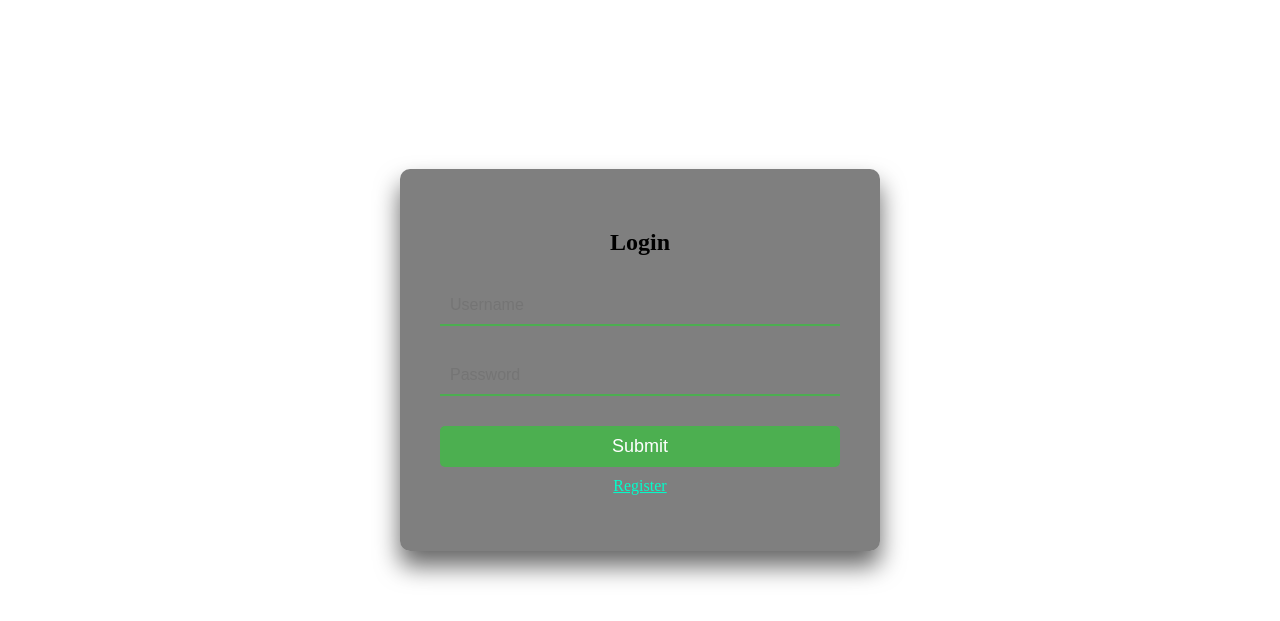
Repository: SRBshakib/Safe-Food---DBMS-project
Page: Organaization/login.html
The author's editor kept a copy of each file at every save. The page is drawn from the files as they stood at one save, then again after the next save.
The browser window is 1280 px wide. The pictures show the whole page.

Above is the page before, as saved 2024-11-10 21:38:23.

After the next save:
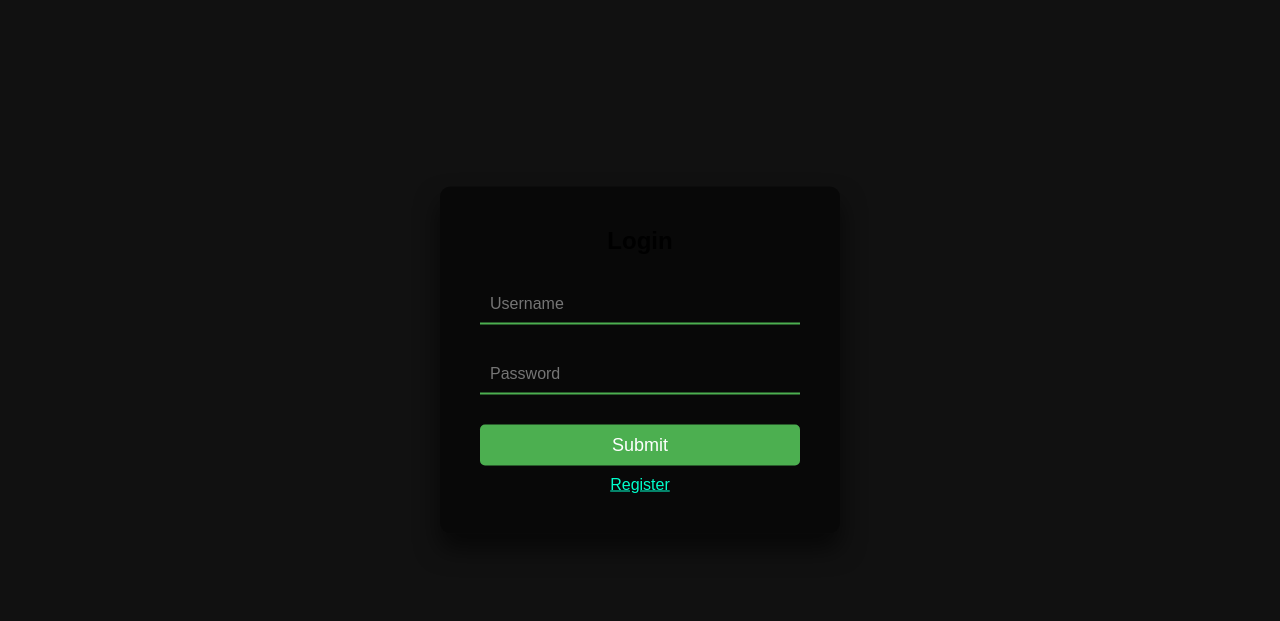
Saved 113 s later.
--- a/Organaization/style_login.css
+++ b/Organaization/style_login.css
@@ -1,9 +1,6 @@
-/* *{
-    margin: 0;
-    padding: 0;
-    box-sizing: border-box;
-    font-family: 'Poppins', sans-serif;
-  } */
+
+*{
+
     margin: 0;
     padding: 0;
     box-sizing: border-box;
